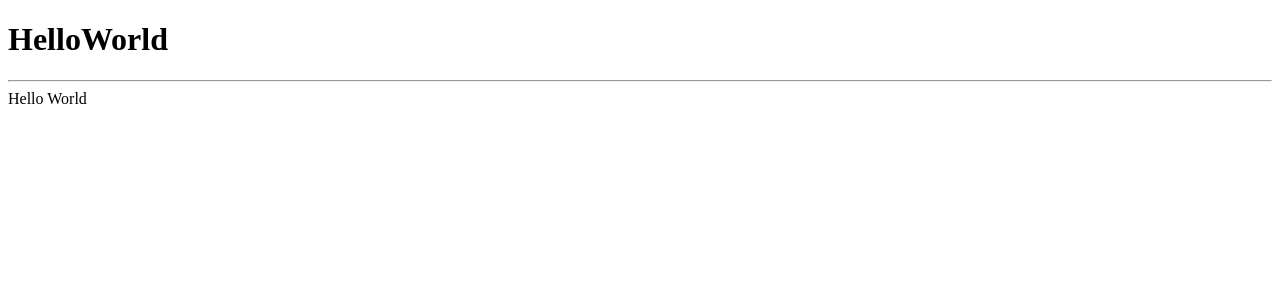
Repository: 13982720426/vue2.0-LearningNotes
Page: example/bind.html
The author's editor kept a copy of each file at every save. The page is drawn from the files as they stood at one save, then again after the next save.
The browser window is 1280 px wide. The pictures show the whole page.

Above is the page before, as saved 2021-06-24 13:33:59.

After the next save:
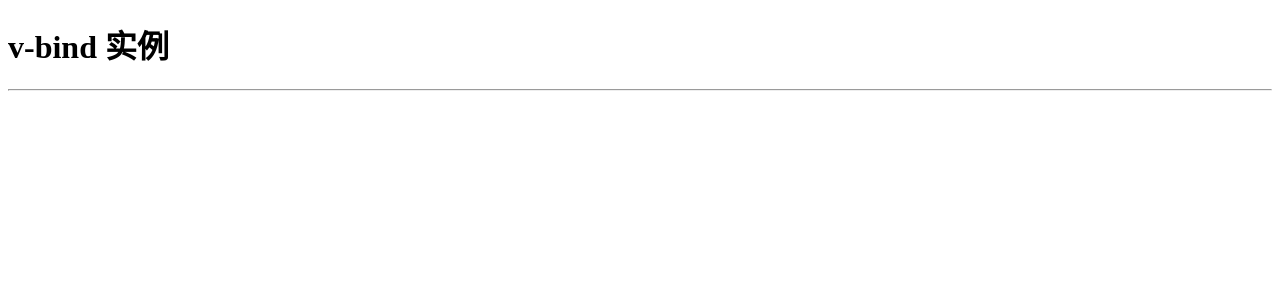
Saved 13 s later.
--- a/example/bind.html
+++ b/example/bind.html
@@ -4,18 +4,24 @@
     <meta charset="UTF-8" />
     <meta http-equiv="X-UA-Compatible" content="IE=edge" />
     <meta name="viewport" content="width=device-width, initial-scale=1.0" />
-    <title>HelloWord</title>
+    <title>v-bind 实例</title>
     <script type="text/javascript" src="../assets/js/vue.js"></script>
   </head>
   <body>
-    <h1>HelloWorld</h1>
+    <h1>v-bind 实例</h1>
     <hr />
-    <div id="app">{{message}}</div>
+    <div id="app">
+      <!-- <img v-bind:src="imgSrc" />
+       -->
+      <!-- <img src="./1.jpeg" />
+      <a :href="webUrl" target="_blank">jspang</a> -->
+    </div>
     <script type="text/javascript">
       var app = new Vue({
         el: '#app',
         data: {
-          message: 'Hello World',
+          // imgSrc: './1.jpeg',
+          // webUrl: 'http://jspang.com',
         },
       });
     </script>
